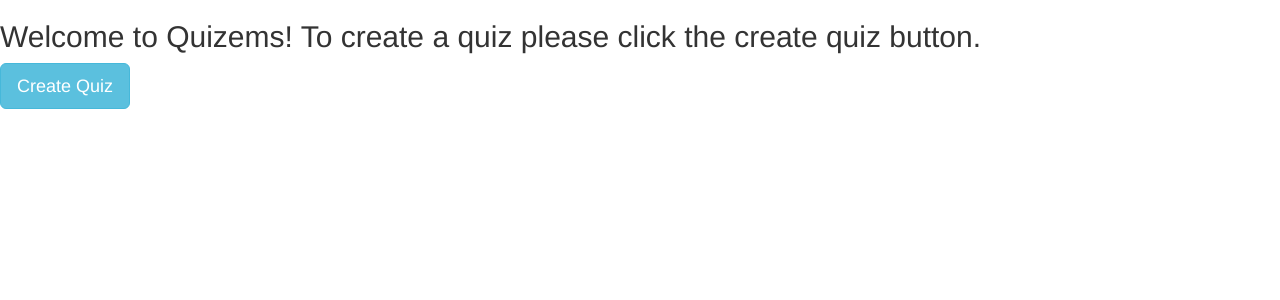
Repository: phillipdacosta/QuizemsNew
Page: /
An editor plug-in stored every save of this project. The page is shown before and after the next save, followed by the edit.
The browser window is 1280 px wide. The pictures show the whole page.
Some web libraries are served in a nearby version. The project was rebuilt for these pictures with package versions that can differ from the ones it lists, and the page was loaded fresh each time. Also part of the build but not shown: angular.json, src/app/professor/professor.component.ts, src/app/data.service.ts, src/app/question.model.ts, src/app/quiz/quiz.component.ts, src/app/student/student.component.ts, src/app/questions/questions.component.ts, src/app/question-display/question-display.component.ts and 1 more.

Above is the page before, as saved 2019-06-29 12:39:10.

### src/index.html
<!doctype html>
<html>
<head>
  <meta charset="utf-8">
  <title>Angular Bootstrap Demo</title>
  <base href="/">
  <meta name="viewport" content="width=device-width, initial-scale=1">
  <link rel="icon" type="image/x-icon" href="favicon.ico">
  <link rel="stylesheet" href="https://maxcdn.bootstrapcdn.com/bootstrap/3.3.7/css/bootstrap.min.css" integrity="sha384-BVYiiSIFeK1dGmJRAkycuHAHRg32OmUcww7on3RYdg4Va+PmSTsz/K68vbdEjh4u" crossorigin="anonymous">
</head>
<body>
  <app-root>Loading...</app-root>
  <script src="https://code.jquery.com/jquery-3.1.1.min.js" integrity="sha256-hVVnYaiADRTO2PzUGmuLJr8BLUSjGIZsDYGmIJLv2b8=" crossorigin="anonymous"></script>
  <script src="https://maxcdn.bootstrapcdn.com/bootstrap/3.3.7/js/bootstrap.min.js" integrity="sha384-Tc5IQib027qvyjSMfHjOMaLkfuWVxZxUPnCJA7l2mCWNIpG9mGCD8wGNIcPD7Txa" crossorigin="anonymous"></script>
</body>
</html>

### src/app/app-routing.module.ts
import { NgModule } from '@angular/core';
import { Routes, RouterModule } from '@angular/router';
import { ProfessorComponent } from './professor/professor.component';
import { QuestionsComponent } from './questions/questions.component';
import { QuizComponent } from './quiz/quiz.component';
import { AboutComponent } from './about/about.component';

const routes: Routes = [

  {
    path: '',
    component: AboutComponent,

 } ,

  {
    path: 'home',
    component: ProfessorComponent,

 } ,


 {
  path: 'quiz',
  component: QuizComponent

}

];

@NgModule({
  imports: [RouterModule.forRoot(routes), RouterModule.forRoot(routes,{useHash:true})],
  exports: [RouterModule]
})
export class AppRoutingModule { }

### src/app/app.component.ts
import { Component } from '@angular/core';

@Component({
  selector: 'app-root',
  templateUrl: './app.component.html',
  styleUrls: ['./app.component.css']
})
export class AppComponent {
  title = 'quizems';
}

### src/app/about/about.component.ts
import { Component, OnInit } from '@angular/core';
import { Router } from '@angular/router';

@Component({
  selector: 'app-about',
  templateUrl: './about.component.html',
  styleUrls: ['./about.component.css']
})
export class AboutComponent implements OnInit {

  constructor(private router : Router) { }

  navigateToQuiz() {

    this.router.navigateByUrl('home');
  }

  ngOnInit() {
  }

}

### src/app/about/about.component.html
<h2>
  Welcome to Quizems! To create a quiz please click the create quiz button.
</h2>

<button type="button" class="btn btn-info btn-lg" (click) = "navigateToQuiz()">Create Quiz</button>

Loaded but not shown: src/styles.css (common file); src/main.ts (common file); src/app/app.module.ts (common file); src/environments/environment.ts (common file); src/app/app.component.html (common file); src/app/about/about.component.css (no copy from this time; the picture is the same without it); src/app/app.component.css (no stored copy; drawn as an empty file)

After the next save:
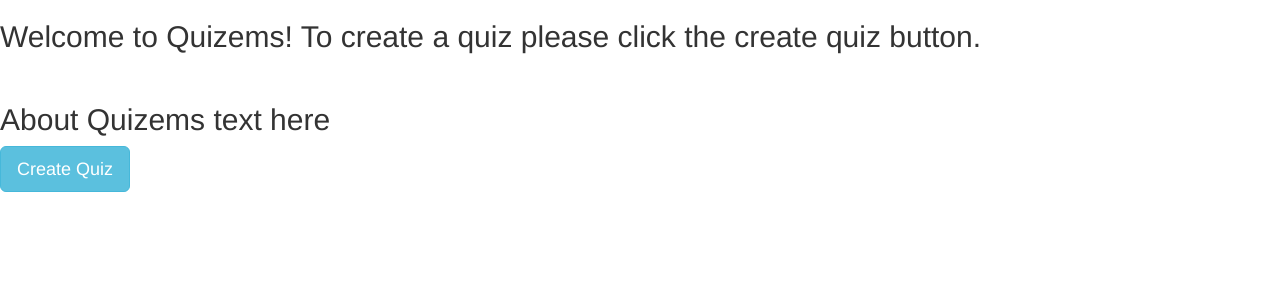
Saved 9 min 14 s later.
--- a/src/app/about/about.component.html
+++ b/src/app/about/about.component.html
@@ -1,5 +1,9 @@
 <h2>
   Welcome to Quizems! To create a quiz please click the create quiz button.
 </h2>
+<br>
+<h2>
+    About Quizems text here
+  </h2>
 
 <button type="button" class="btn btn-info btn-lg" (click) = "navigateToQuiz()">Create Quiz</button>
